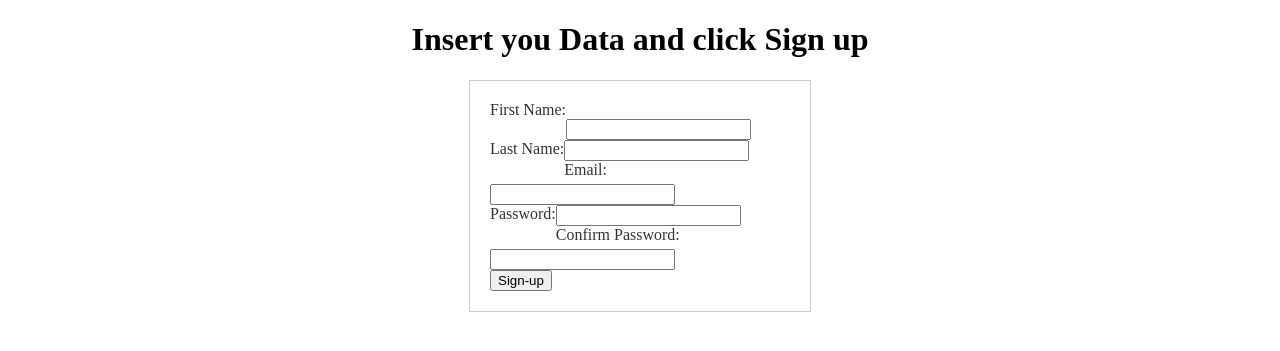
Repository: GiuuGpEEp/TerzoAnnoUni
Page: SAW/Esercizi/Form/Form.html
The author's editor kept a copy of each file at every save. The page is drawn from the files as they stood at one save, then again after a run of saves.
The browser window is 1280 px wide. The pictures show the whole page.

Above is the page before, as saved 2024-11-18 22:37:14.

After the next 3 saves:
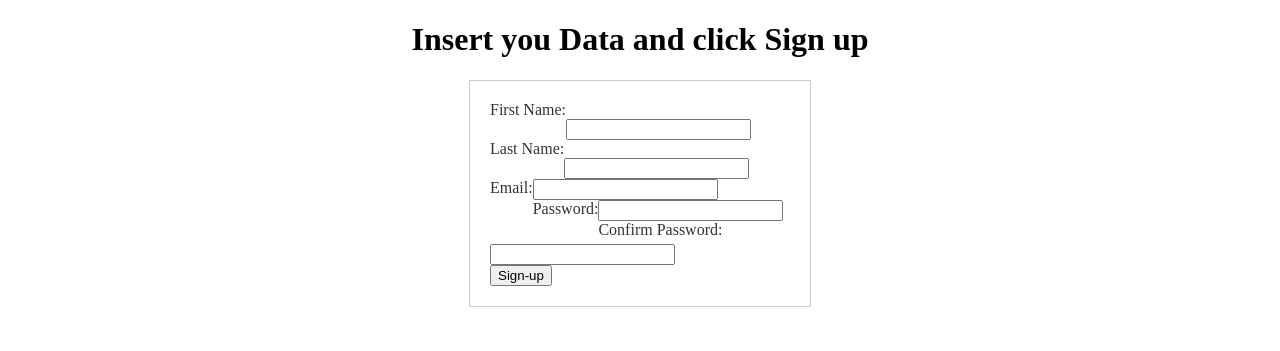
The 3 saves are shown as one change because they came seconds apart.
The last was saved 12 s later.
--- a/SAW/Esercizi/Form/Form.html
+++ b/SAW/Esercizi/Form/Form.html
@@ -27,7 +27,8 @@
             <br>
             <input type="text" name="firstname" id="firstname"></div>
             <div><label for="lastname">Last Name:</label>
-            <input type="text" name="lastname" id="lastname"></div>
+                <br>
+                <input type="text" name="lastname" id="lastname"></div>
             <div><label for="email">Email:</label>
             <input type="email" name="email" id="email"></div>
             <div><label for="pass">Password:</label>

After the save that followed:
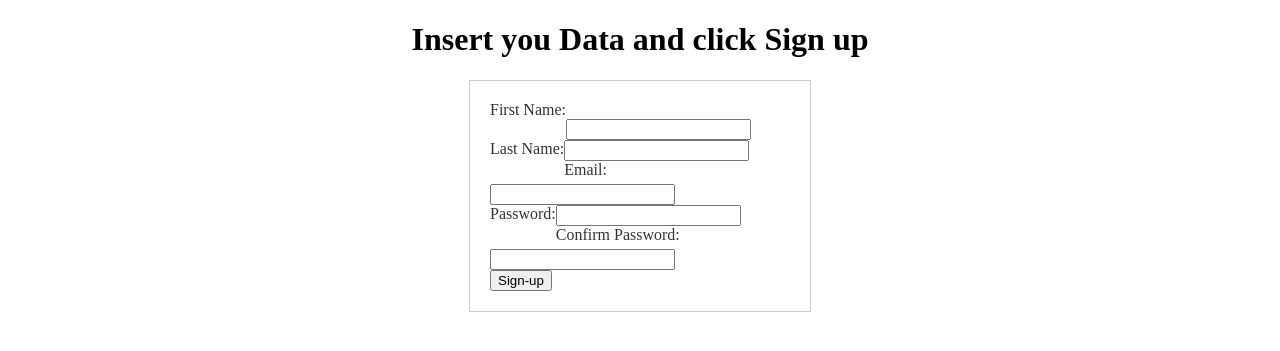
Saved 7 s later.
--- a/SAW/Esercizi/Form/Form.html
+++ b/SAW/Esercizi/Form/Form.html
@@ -27,8 +27,7 @@
             <br>
             <input type="text" name="firstname" id="firstname"></div>
             <div><label for="lastname">Last Name:</label>
-                <br>
-                <input type="text" name="lastname" id="lastname"></div>
+            <input type="text" name="lastname" id="lastname"></div>
             <div><label for="email">Email:</label>
             <input type="email" name="email" id="email"></div>
             <div><label for="pass">Password:</label>
